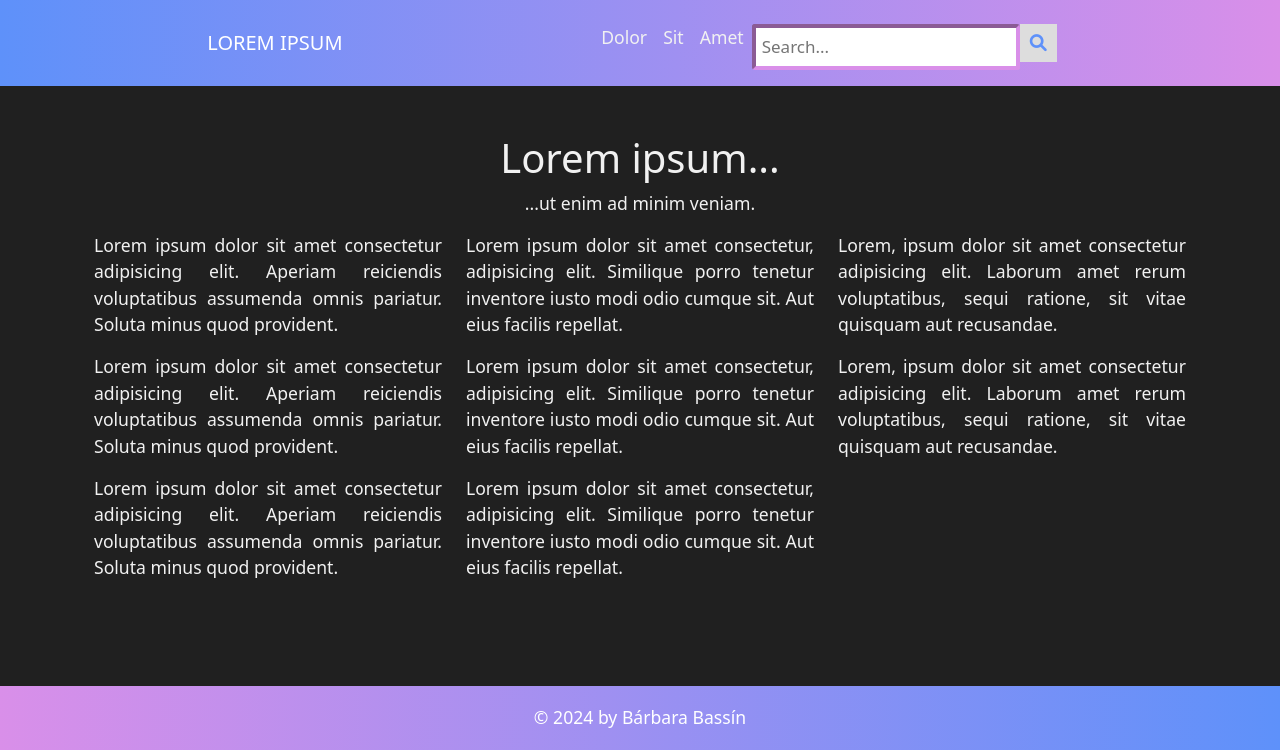
Repository: romancegirl/responsiveness
Page: index.html
An editor plug-in stored every save of this project. The page is shown before and after the next save, followed by the edit.
The browser window is 1280 px wide. The pictures show the whole page.

Above is the page before, as saved 2024-11-19 19:59:23.

### index.html
<!DOCTYPE html>
<html lang="en">

<head>
    <meta charset="UTF-8">
    <meta name="viewport" content="width=device-width, initial-scale=1.0">
    <title>Responsiveness - Bárbara Bassín</title>
    <link href="https://cdn.jsdelivr.net/npm/bootstrap@5.3.0/dist/css/bootstrap.min.css" rel="stylesheet">
    <link rel="stylesheet" href="https://cdnjs.cloudflare.com/ajax/libs/font-awesome/6.0.0-beta3/css/all.min.css">
    <link rel="stylesheet" href="css/header-and-footer.css">
    <link rel="stylesheet" href="css/styles.css">
</head>

<body>
    <!-- Header -->
    <header class="py-2">
        <div class="container d-flex justify-content-around align-items-center" id="profile">
            <h5 class="m-0">LOREM IPSUM</h5>
            <nav class="navbar navbar-expand-lg">
                <button class="navbar-toggler" type="button" data-bs-toggle="collapse" data-bs-target="#navbarNav"
                    aria-controls="navbarNav" aria-expanded="false" aria-label="Toggle navigation">
                    <i class="fas fa-bars"></i>
                </button>
                <div class="collapse navbar-collapse" id="navbarNav">
                    <ul class="navbar-nav ms-auto">
                        <li class="nav-item"><a class="nav-link">Dolor</a></li>
                        <li class="nav-item"><a class="nav-link">Sit</a></li>
                        <li class="nav-item"><a class="nav-link">Amet</a></li>
                        <div class="search-container">
                            <form action="/action_page.php">
                              <input type="text" placeholder="Search..." name="search">
                              <button type="submit"><i class="fa fa-search"></i></button>
                            </form>
                          </div>
                    </ul>
                </div>
            </nav>
        </div>
    </header>



    <!-- Main -->
    <main class="container my-5">
        <div>
            <h1>Lorem ipsum...</h1>
            <div id="textCarousel" class="carousel slide" data-bs-ride="carousel" data-bs-interval="2000">
                <div class="carousel-inner">
                    <div class="carousel-item active">
                        <p>...olor sit amet, consectetur adipiscing elit...</p>
                    </div>
                    <div class="carousel-item">
                        <p>...sed do eiusmod tempor incididunt ut labore...</p>
                    </div>
                    <div class="carousel-item">
                        <p>...ut enim ad minim veniam.</p>
                    </div>
                </div>
            </div>
        </div>



        <div class="container text-center">
            <div class="row">
                <div class="col-6 col-md-4 paragraph">Lorem ipsum dolor sit amet consectetur adipisicing elit. Aperiam
                    reiciendis
                    voluptatibus assumenda omnis pariatur. Soluta minus quod provident.</div>
                <div class="col-6 col-md-4 paragraph">Lorem ipsum dolor sit amet consectetur, adipisicing elit.
                    Similique porro
                    tenetur inventore iusto modi odio cumque sit. Aut eius facilis repellat.</div>
                <div class="col-6 col-md-4 paragraph">Lorem, ipsum dolor sit amet consectetur adipisicing elit. Laborum
                    amet rerum
                    voluptatibus, sequi ratione, sit vitae quisquam aut recusandae.</div>
                <div class="col-6 col-md-4 paragraph">Lorem ipsum dolor sit amet consectetur adipisicing elit. Aperiam
                    reiciendis
                    voluptatibus assumenda omnis pariatur. Soluta minus quod provident.</div>
                <div class="col-6 col-md-4 paragraph">Lorem ipsum dolor sit amet consectetur, adipisicing elit.
                    Similique porro
                    tenetur inventore iusto modi odio cumque sit. Aut eius facilis repellat.</div>
                <div class="col-6 col-md-4 paragraph">Lorem, ipsum dolor sit amet consectetur adipisicing elit. Laborum
                    amet rerum
                    voluptatibus, sequi ratione, sit vitae quisquam aut recusandae.</div>
                <div class="col-6 col-md-4 paragraph">Lorem ipsum dolor sit amet consectetur adipisicing elit. Aperiam
                    reiciendis
                    voluptatibus assumenda omnis pariatur. Soluta minus quod provident.</div>
                <div class="col-6 col-md-4 paragraph">Lorem ipsum dolor sit amet consectetur, adipisicing elit.
                    Similique porro
                    tenetur inventore iusto modi odio cumque sit. Aut eius facilis repellat.</div>
            </div>
        </div>



    </main>

    <!-- Footer -->
    <footer class="bg-dark text-center py-2">
        <div>&copy; 2024 by Bárbara Bassín</div>
    </footer>
    <script src="js/script.js"></script>
    <script src="https://cdn.jsdelivr.net/npm/bootstrap@5.3.0/dist/js/bootstrap.bundle.min.js"></script>
</body>

</html>

### css/header-and-footer.css
header {
    background: linear-gradient(to right, #5E91FA, #d98fe9);
    color: #fff;
    position: relative;
}


main {
    min-height: 70vh;
    padding-bottom: 1rem;
    box-sizing: border-box;
}

a.nav-link {
    color: #f1f1f1;
}

a.nav-link:hover {
    color: #f6c7de;
    transition: color 0.3s, text-shadow 0.3s;
    transform: scale(1.05);
}


.navbar input[type=text] {
    padding: 6px;
    margin-top: 8px;
    font-size: 17px;
    border-radius: 0.2rem;
    border-width: 0.3rem;
    border-color: #d98fe9;
}

.navbar .search-container {
    float: right;
}

.navbar .search-container button {
    float: right;
    padding: 6px 10px;
    margin-top: 8px;
    margin-right: 16px;
    background: #ddd;
    font-size: 17px;
    border: none;
    cursor: pointer;
}

.navbar .search-container button:hover {
    background: #ccc;
}

.fa-search {
    color: #5E91FA;
    background-color: transparent;

}


/* navbar-toggle */

.navbar-toggler {
    border-color: #fff;
}

.navbar-toggler .fas {
    color: #fff;
    /* Cambia el color del ícono */
}

.navbar-collapse {
    justify-content: flex-end;
}

.navbar-toggler:hover {
    cursor: pointer;
}

.navbar-toggler:focus {
    outline: none;
    box-shadow: none;
}

@media (max-width: 995px) {

    .navbar-collapse {
        display: none;
        position: absolute;
        top: 134%;
        left: -55px;
        width: 100%;
        z-index: 999;
        flex-direction: column-reverse;
        align-items: center;
    }

    .navbar-collapse.show {
        display: flex;
    }

    .navbar-nav {
        background: linear-gradient(to right, #5e92fae0, #d98fe9dc);
        color: #fff;
        padding: 1.5rem;
        border-radius: 0 0 100px 100px;
        font-weight: bold;
        text-align: center;
    }

    .navbar-nav:hover {
        cursor: pointer;

    }

    a.nav-link:hover {
        color: #f6c7de;
        transition: color 0.3s, text-shadow 0.3s;
        transform: scale(1.05);
    }

    .navbar-nav .nav-item {
        margin: 10px 0;
    }

    .navbar a,
    .navbar input[type=text] {
        float: none;
        display: block;
        text-align: left;
        width: 100%;
        margin: 0;
        padding: 0.5rem;
    }

    .navbar .search-container {
        float: none;
    }

    .navbar a,
    .navbar input[type=text],
    .navbar .search-container button {
        float: none;
        display: block;
        text-align: left;
        width: 100%;
        margin: 0;
        padding: 0.2rem;
    }

    .navbar input[type=text] {
        border-radius: 0.2rem;
        border: 0.2rem solid #b556db98;
    }

}

footer {
    background: linear-gradient(to right, #d98fe9, #5E91FA);
    color: #fff;
    bottom: 0;
    min-height: 4rem;
    display: flex;
    justify-content: center;
    align-items: center;
}

### css/styles.css
body {
    background-color: #202020;
    color: #f1f1f1;
    font-size: 110%;
}

/* Profile and resume */

.profile-photo {
    width: 250px;
    height: 250px;
    border: #a5c3ffcd;
    border-style: double;
    border-width: 5px;
    border-radius: 70px;
    display: flex;
    justify-content: center;
    align-items: center;
    overflow: hidden;
    /* Oculta cualquier parte de la imagen que se desborde */
    float: right;
}

/* titles */

h1 {
    text-align: center;
}

h2,
h3,
h4 {
    background: linear-gradient(#d98fe9, #5E91FA);
    -webkit-background-clip: text;
    background-clip: text;
    -webkit-text-fill-color: transparent;
}



/* General */

#textCarousel {
    width: 40rem;
    margin: auto;
}

p {
    text-align: center;
}

.row {
    text-align: justify;
}

.paragraph {
margin-bottom: 1rem;
}

/* Responsiveness */

.title-small,
.title-x-small {
    display: none;
}

@media screen and (max-width: 1400px) {

    .title-large,
    .title-x-small {
        display: none;
    }

    .title-small {
        display: block;
    }
}

@media screen and (max-width: 768px) {

    .title-large,
    .title-small {
        display: none;
    }

    .title-x-small {
        display: block;
        text-align: center;

    }

    #textCarousel {
        max-width: 90%; /* Usa un tamaño relativo en lugar de fijo */
    }
}

### js/script.js
document.addEventListener('click', function(event) {
    var navbar = document.querySelector('.navbar-collapse');
    var toggler = document.querySelector('.navbar-toggler');

    // Si el menú está abierto y se hace clic fuera de él, lo cierra
    if (navbar.classList.contains('show') && !navbar.contains(event.target) && !toggler.contains(event.target)) {
        var bsCollapse = new bootstrap.Collapse(navbar, {
            toggle: false
        });
        bsCollapse.hide();
    }
});

// Cerrar el menú automáticamente al hacer clic en cualquier enlace
var navLinks = document.querySelectorAll('.nav-link');
navLinks.forEach(function(link) {
    link.addEventListener('click', function() {
        var navbar = document.querySelector('.navbar-collapse');
        var bsCollapse = new bootstrap.Collapse(navbar, {
            toggle: false
        });
        bsCollapse.hide();
    });
});

After the next save:
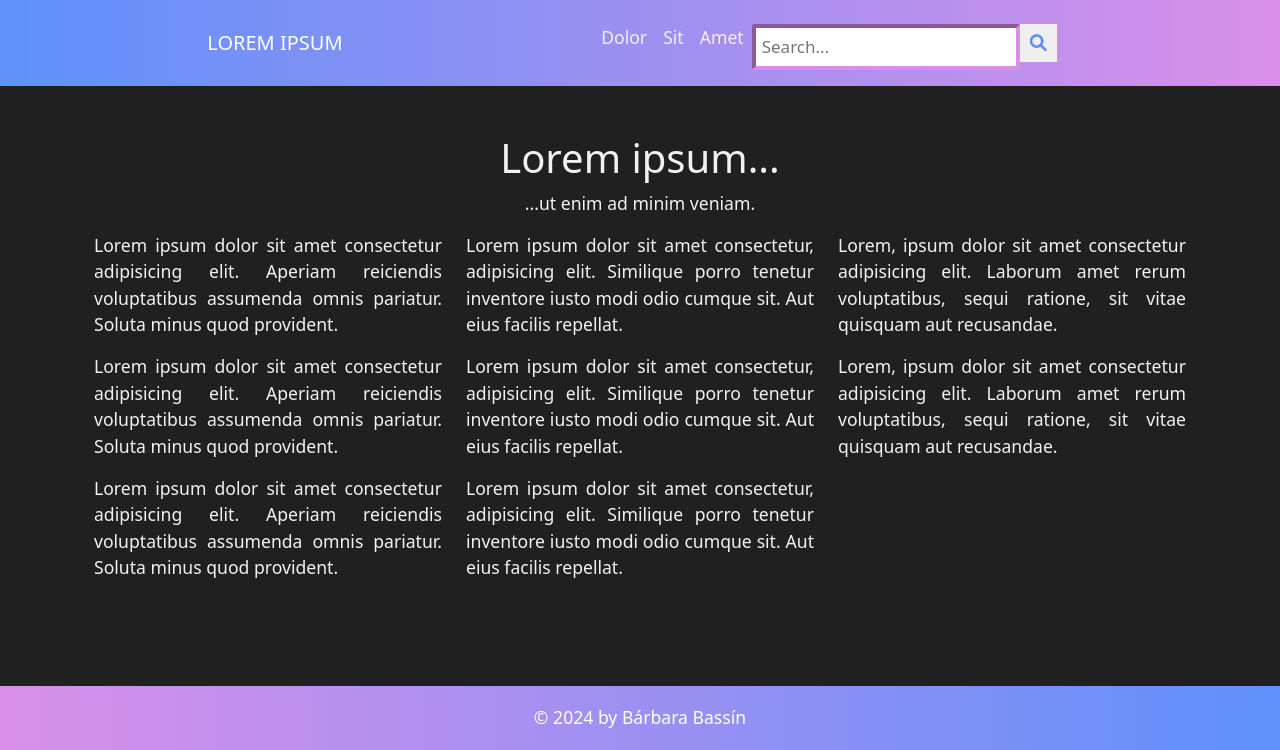
Saved 2 min 14 s later.
--- a/css/header-and-footer.css
+++ b/css/header-and-footer.css
@@ -40,7 +40,6 @@ a.nav-link:hover {
     padding: 6px 10px;
     margin-top: 8px;
     margin-right: 16px;
-    background: #ddd;
     font-size: 17px;
     border: none;
     cursor: pointer;
